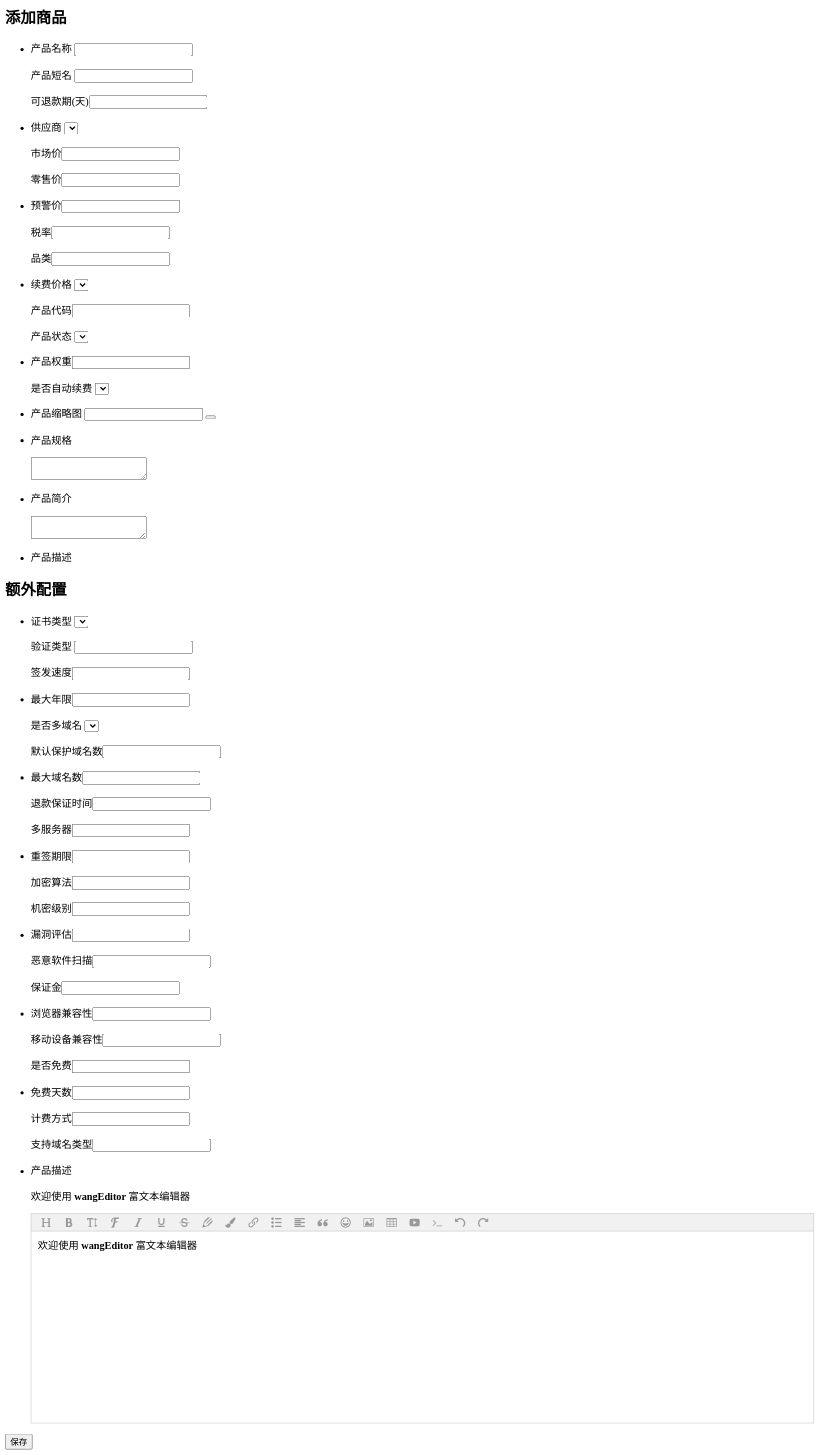
Repository: wangyan466393/racentSystem
Page: addProduct.html
These files come from the project's save history. The page is drawn as it stood at one moment and after the next save; the edit follows.
The browser window is 1280 px wide. The pictures show the whole page, at 64% of full size.

Above is the page before, as saved 2020-08-19 21:51:24.

### addProduct.html
<div id="content_box">
    <h2>添加商品</h2>
    <div class="config_box">
        <div class="price_content">
            <ul>
                <li>
                    <p>
                        <span>产品名称</span>
                        <input type="text" >
                    </p>
                    <p>
                        <span>产品短名</span>
                        <input type="text" >
                    </p>
                    <p>
                        <span>可退款期(天)</span><input type="number" >
                    </p>
                </li>
                <li>
                    <p>
                        <span>供应商</span>
                        <select name="" id="" class="sel">
                            <option value=""></option>
                        </select>
                    </p>
                    <p>
                        <span>市场价</span><input type="number" >
                    </p>
                    <p>
                        <span>零售价</span><input type="number" >
                    </p>
                </li>
                <li>
                    <p>
                        <span>预警价</span><input type="number" >
                    </p>
                    <p>
                        <span>税率</span><input type="number" >
                    </p>
                    <p>
                        <span>品类</span><input type="text" >
                    </p>
                </li>
                <li>
                    <p>
                        <span>续费价格</span>
                        <select name="" id="" class="sel">
                            <option value=""></option>
                        </select>
                    </p>
                    <p>
                        <span>产品代码</span><input type="text" >
                    </p>
                    <p>
                        <span>产品状态</span>
                        <select name="" id="" class="sel">
                            <option value=""></option>
                        </select>
                    </p>
                </li>
                <li>

                    <p>
                        <span>产品权重</span><input type="text">
                    </p>
                    <p>
                        <span>是否自动续费</span>
                        <select name="" id="" class="sel">
                            <option value=""></option>
                        </select>
                    </p>
                    <p></p>
                </li>
                <li>
                    <p class="thumb_box">
                        <span>产品缩略图</span>
                        <label class="input_group">
                            <input type="text" class="form-control">
                            <span class="input-group-btn">
                                <button type="button" class="btn"></button>
                            </span>
                        </label>
                    </p>
                </li>
                <li>
                    <p> <span>产品规格</span></p>
                    <textarea class="e_content description"></textarea>
                </li>
                <li>
                    <p> <span>产品简介</span></p>
                    <textarea class="e_content description"></textarea>

                </li>
                <li>
                    <p> <span>产品描述</span></p>
                    <div id="editor" style="width: 100%;">
                        <p>欢迎使用 <b>wangEditor</b> 富文本编辑器</p>
                    </div>

                </li>
            </ul>
        </div>
    </div>

    <h2>额外配置</h2>
    <div class="config_box">
        <div class="price_content">
            <ul>
                <li>
                    <p>
                        <span>证书类型</span>
                        <select name="" id="" class="sel">
                            <option value=""></option>
                        </select>
                    </p>
                    <p>
                        <span>验证类型</span>
                        <input type="text" >
                    </p>
                    <p>
                        <span>签发速度</span><input type="text" >
                    </p>
                </li>
                <li>

                    <p>
                        <span>最大年限</span><input type="text" >
                    </p>
                    <p>
                        <span>是否多域名</span>
                        <select name="" id="" class="sel">
                            <option value=""></option>
                        </select>
                    </p>
                    <p>
                        <span>默认保护域名数</span><input type="text" >
                    </p>
                </li>
                <li>
                    <p>
                        <span>最大域名数</span><input type="text" >
                    </p>
                    <p>
                        <span>退款保证时间</span><input type="text" >
                    </p>
                    <p>
                        <span>多服务器</span><input type="text" >
                    </p>
                </li>
                <li>
                    <p>
                        <span>重签期限</span><input type="text" >
                    </p>
                    <p>
                        <span>加密算法</span><input type="text" >
                    </p>
                    <p>
                        <span>机密级别</span><input type="text" >
                    </p>
                </li>
                <li>
                    <p>
                        <span>漏洞评估</span><input type="text" >
                    </p>
                    <p>
                        <span>恶意软件扫描</span><input type="text" >
                    </p>
                    <p>
                        <span>保证金</span><input type="text" >
                    </p>
                </li>
                <li>
                    <p>
                        <span>浏览器兼容性</span><input type="text" >
                    </p>
                    <p>
                        <span>移动设备兼容性</span><input type="text" >
                    </p>
                    <p>
                        <span>是否免费</span><input type="text" >
                    </p>
                </li>
                <li>
                    <p>
                        <span>免费天数</span><input type="text" >
                    </p>
                    <p>
                        <span>计费方式</span><input type="text" >
                    </p>
                    <p>
                        <span>支持域名类型</span><input type="text" >
                    </p>
                </li>
                <li>
                    <p> <span>产品描述</span></p>
                    <div id="editor" style="width: 100%;">
                        <p>欢迎使用 <b>wangEditor</b> 富文本编辑器</p>
                    </div>

                </li>
            </ul>
        </div>
    </div>
</div>
<div class="email_back_btn">
    <button type="button">保存</button>
</div>







<script src="js/wangEditor.min.js"></script>

<script>

    var E = window.wangEditor
    var editor = new E('#editor')
    // 或者 var editor = new E( document.getElementById('editor') )
    editor.customConfig.menus = [
        'head',  // 标题
        'bold',  // 粗体
        'fontSize',  // 字号
        'fontName',  // 字体
        'italic',  // 斜体
        'underline',  // 下划线
        'strikeThrough',  // 删除线
        'foreColor',  // 文字颜色
        'backColor',  // 背景颜色
        'link',  // 插入链接
        'list',  // 列表
        'justify',  // 对齐方式
        'quote',  // 引用
        'emoticon',  // 表情
        'image',  // 插入图片
        'table',  // 表格
        'video',  // 插入视频
        'code',  // 插入代码
        'undo',  // 撤销
        'redo'  // 重复
    ]
    editor.create()
</script>

Loaded but not shown: js/wangEditor.min.js (library)

After the next save:
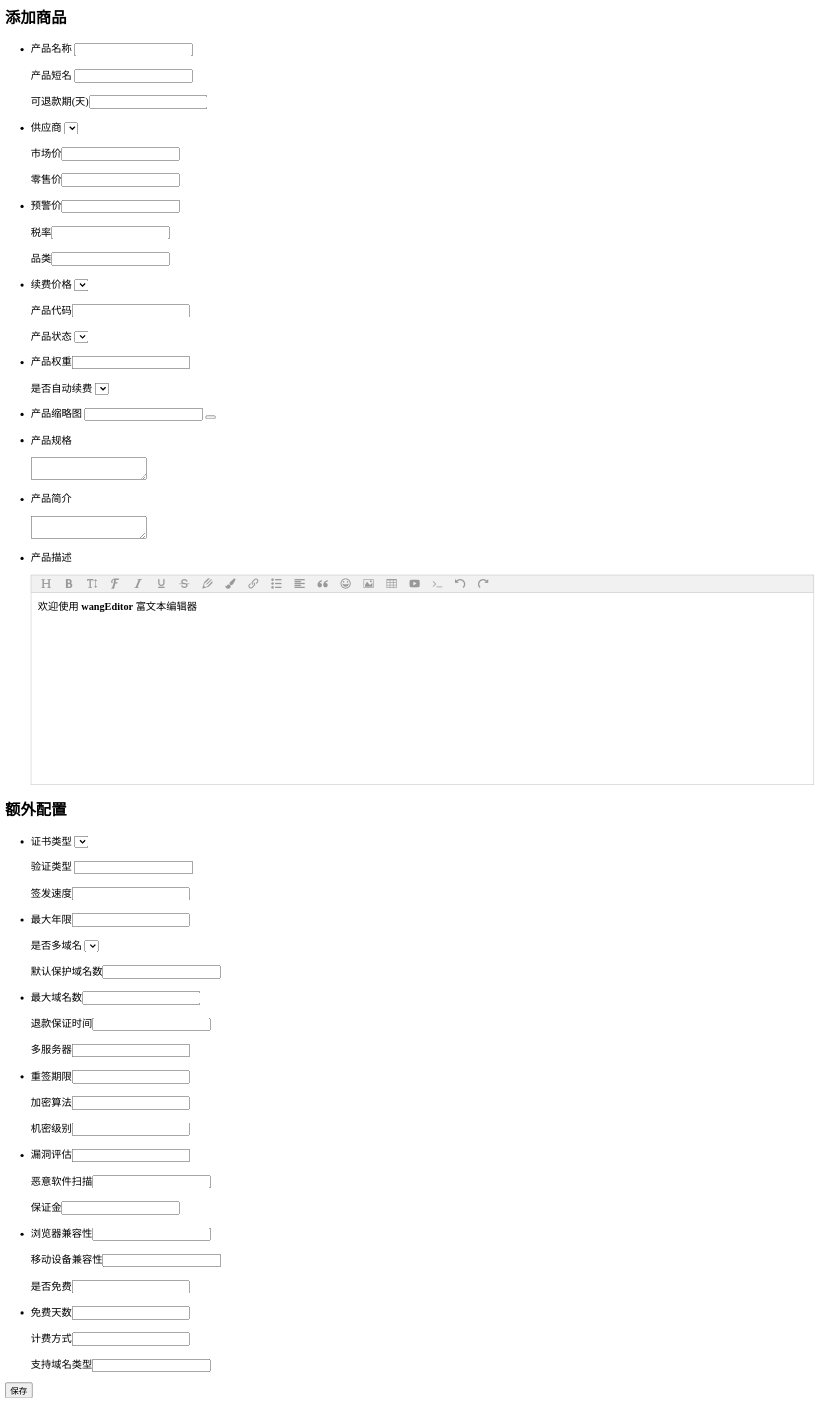
Saved 7 s later.
--- a/addProduct.html
+++ b/addProduct.html
@@ -190,13 +190,6 @@
                     <p>
                         <span>支持域名类型</span><input type="text" >
                     </p>
-                </li>
-                <li>
-                    <p> <span>产品描述</span></p>
-                    <div id="editor" style="width: 100%;">
-                        <p>欢迎使用 <b>wangEditor</b> 富文本编辑器</p>
-                    </div>
-
                 </li>
             </ul>
         </div>
